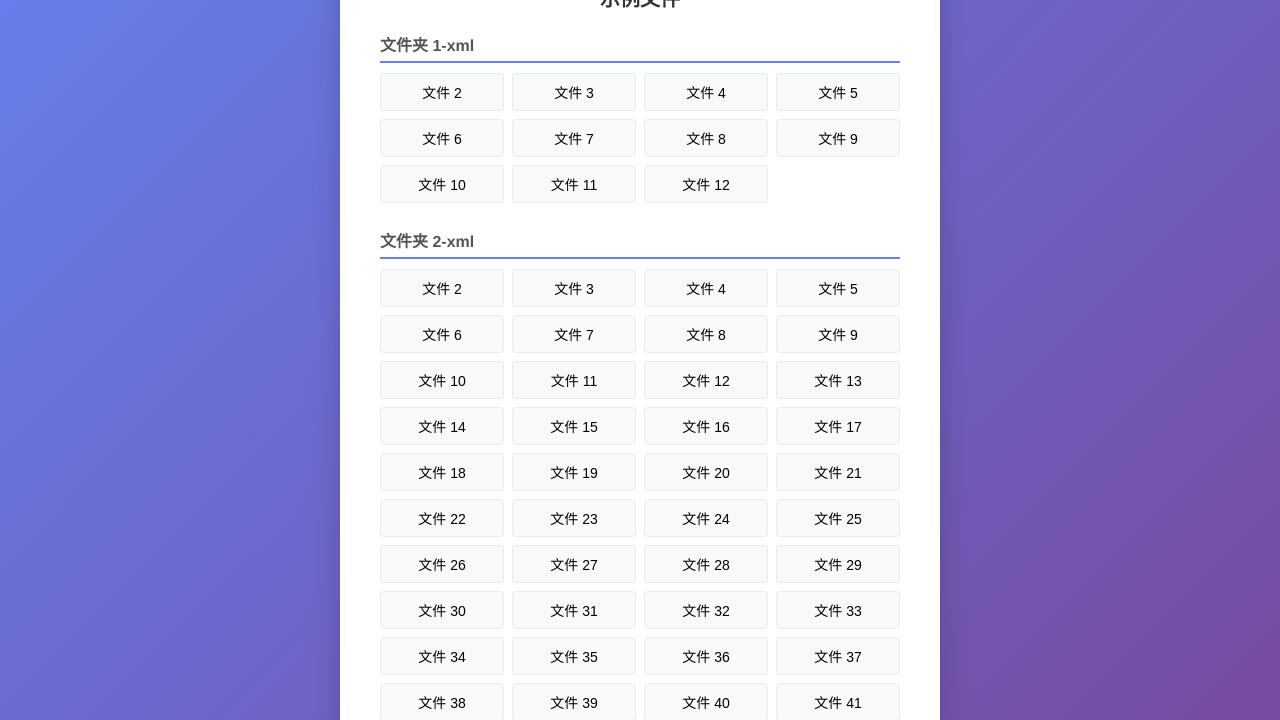
Repository: AmazingXia/XML-PageReader
Page: /
The author's editor kept a copy of each file at every save. The page is drawn from the files as they stood at one save, then again after the next save.
The browser window is 1280 px wide. The pictures show the whole page.
The project was rebuilt for these pictures with package versions that can differ from the ones it lists, and the page was loaded fresh each time. Also part of the build but not shown: vue.config.js, src/utils/pageLayout.js, src/components/PageViewer.vue, src/utils/xmlParser.js.

Above is the page before, as saved 2025-06-25 19:42:29.

### public/index.html
<!DOCTYPE html>
<html lang="zh-CN">
  <head>
    <meta charset="utf-8">
    <meta http-equiv="X-UA-Compatible" content="IE=edge">
    <meta name="viewport" content="width=device-width,initial-scale=1.0">
    <link rel="icon" href="<%= BASE_URL %>favicon.ico">
    <title>XML 多页阅读器</title>
  </head>
  <body>
    <noscript>
      <strong>We're sorry but this app doesn't work properly without JavaScript enabled. Please enable it to continue.</strong>
    </noscript>
    <div id="app"></div>
    <!-- built files will be auto injected -->
  </body>
</html>

### src/App.vue
<template>
  <div id="app">
    <router-view/>
  </div>
</template>

<script>
export default {
  name: 'App'
}
</script>

<style>
* {
  margin: 0;
  padding: 0;
  box-sizing: border-box;
}

body {
  font-family: 'Microsoft YaHei', 'PingFang SC', 'Helvetica Neue', Arial, sans-serif;
  background-color: #f5f5f5;
}

#app {
  height: 100vh;
  overflow: hidden;
}

/* 滚动条样式 */
::-webkit-scrollbar {
  width: 8px;
  height: 8px;
}

::-webkit-scrollbar-track {
  background: #f1f1f1;
  border-radius: 4px;
}

::-webkit-scrollbar-thumb {
  background: #c1c1c1;
  border-radius: 4px;
}

::-webkit-scrollbar-thumb:hover {
  background: #a8a8a8;
}
</style>

### src/router/index.js
import Vue from 'vue'
import VueRouter from 'vue-router'
import XmlReader from '../views/Reader.vue'

Vue.use(VueRouter)

const routes = [
  {
    path: '/',
    name: 'XmlReader',
    component: XmlReader
  }
]

const router = new VueRouter({
  mode: 'history',
  base: process.env.BASE_URL,
  routes
})

export default router

### src/views/Reader.vue
<template>
  <div class="reader">
    <!-- 文件上传区域 -->
    <div v-if="!currentContent" class="upload-area">
      <div class="upload-container">
        <h2>XML 多页阅读器</h2>
        <p>请选择 XML 文件或从示例文件中选择</p>

        <div class="upload-buttons">
          <input
            ref="fileInput"
            type="file"
            accept=".xml"
            @change="handleFileUpload"
            style="display: none"
          />
          <button @click="$refs.fileInput.click()" class="upload-btn">
            选择 XML 文件
          </button>
        </div>

        <!-- 示例文件列表 -->
        <div class="sample-files">
          <h3>示例文件</h3>
          <div class="file-list">
            <div class="file-group">
              <h4>文件夹 1-xml</h4>
              <div class="file-items">
                <button
                  v-for="file in sampleFiles1"
                  :key="file.path"
                  @click="loadSampleFile(file)"
                  class="file-item"
                >
                  {{ file.name }}
                </button>
              </div>
            </div>

            <div class="file-group">
              <h4>文件夹 2-xml</h4>
              <div class="file-items">
                <button
                  v-for="file in sampleFiles2"
                  :key="file.path"
                  @click="loadSampleFile(file)"
                  class="file-item"
                >
                  {{ file.name }}
                </button>
              </div>
            </div>
          </div>
        </div>
      </div>
    </div>

    <!-- 阅读器界面 -->
    <div v-else class="reader-interface">
      <!-- 顶部信息栏 -->
      <div class="info-bar">
        <div class="file-info">
          <span class="file-name">{{ currentFileName }}</span>
          <button @click="resetReader" class="reset-btn">返回文件选择</button>
        </div>
      </div>

      <!-- 页面查看器 -->
      <PageViewer :content="currentContent" />
    </div>
  </div>
</template>

<script>
import PageViewer from '@/components/PageViewer.vue'
import { XMLParser } from '@/utils/xmlParser'

export default {
  name: 'XmlReader',
  components: {
    PageViewer
  },
  data() {
    return {
      currentContent: '',
      currentFileName: '',
      sampleFiles1: [],
      sampleFiles2: []
    }
  },
  async mounted() {
    await this.loadSampleFiles()
  },
  methods: {
    /**
     * 加载示例文件列表
     */
    async loadSampleFiles() {
      try {
        // 这里应该从服务器获取文件列表
        // 由于是静态文件，我们手动构建文件列表
        this.sampleFiles1 = this.generateFileList('1-xml', 12)
        this.sampleFiles2 = this.generateFileList('2-xml', 55)
      } catch (error) {
        console.error('加载示例文件失败:', error)
      }
    },

    /**
     * 生成文件列表
     */
    generateFileList(folder, maxFiles) {
      const files = []
      for (let i = 2; i <= maxFiles; i++) {
        files.push({
          name: `文件 ${i}`,
          path: `${folder}/${i}/result.xml`
        })
      }
      return files
    },

    /**
     * 处理文件上传
     */
    async handleFileUpload(event) {
      const file = event.target.files[0]
      if (!file) return

      try {
        const parsedData = await XMLParser.parseFile(file)
        const htmlContent = XMLParser.toHTML(parsedData)

        this.currentContent = htmlContent
        this.currentFileName = file.name

        // 清空文件输入
        this.$refs.fileInput.value = ''
      } catch (error) {
        console.error('文件解析失败:', error)
        alert('文件解析失败，请检查文件格式')
      }
    },

    /**
     * 加载示例文件
     */
    async loadSampleFile(file) {
      try {
        const response = await fetch(file.path)
        if (!response.ok) {
          throw new Error(`HTTP error! status: ${response.status}`)
        }

        const xmlContent = await response.text()
        const parsedData = XMLParser.parse(xmlContent)
        const htmlContent = XMLParser.toHTML(parsedData)

        this.currentContent = htmlContent
        this.currentFileName = file.name
      } catch (error) {
        console.error('加载示例文件失败:', error)
        alert('加载示例文件失败，请检查文件路径')
      }
    },

    /**
     * 重置阅读器
     */
    resetReader() {
      this.currentContent = ''
      this.currentFileName = ''
    }
  }
}
</script>

<style scoped>
.reader {
  height: 100vh;
  overflow: hidden;
}

.upload-area {
  height: 100vh;
  display: flex;
  justify-content: center;
  align-items: center;
  background: linear-gradient(135deg, #667eea 0%, #764ba2 100%);
}

.upload-container {
  background: white;
  padding: 40px;
  border-radius: 12px;
  box-shadow: 0 10px 30px rgba(0, 0, 0, 0.2);
  text-align: center;
  max-width: 600px;
  width: 90%;
}

.upload-container h2 {
  color: #333;
  margin-bottom: 10px;
  font-size: 28px;
}

.upload-container p {
  color: #666;
  margin-bottom: 30px;
  font-size: 16px;
}

.upload-buttons {
  margin-bottom: 40px;
}

.upload-btn {
  background: #667eea;
  color: white;
  border: none;
  padding: 12px 24px;
  border-radius: 6px;
  font-size: 16px;
  cursor: pointer;
  transition: all 0.3s;
}

.upload-btn:hover {
  background: #5a6fd8;
  transform: translateY(-2px);
}

.sample-files {
  text-align: left;
}

.sample-files h3 {
  color: #333;
  margin-bottom: 20px;
  text-align: center;
  font-size: 20px;
}

.file-group {
  margin-bottom: 25px;
}

.file-group h4 {
  color: #555;
  margin-bottom: 10px;
  font-size: 16px;
  border-bottom: 2px solid #667eea;
  padding-bottom: 5px;
}

.file-items {
  display: grid;
  grid-template-columns: repeat(auto-fill, minmax(120px, 1fr));
  gap: 8px;
}

.file-item {
  background: #f8f9fa;
  border: 1px solid #e9ecef;
  padding: 8px 12px;
  border-radius: 4px;
  cursor: pointer;
  transition: all 0.2s;
  font-size: 14px;
  text-align: center;
}

.file-item:hover {
  background: #667eea;
  color: white;
  border-color: #667eea;
}

.reader-interface {
  height: 100vh;
  display: flex;
  flex-direction: column;
}

.info-bar {
  background: #fff;
  border-bottom: 1px solid #e0e0e0;
  padding: 10px 20px;
  box-shadow: 0 2px 4px rgba(0, 0, 0, 0.1);
}

.file-info {
  display: flex;
  justify-content: space-between;
  align-items: center;
}

.file-name {
  font-weight: bold;
  color: #333;
  font-size: 16px;
}

.reset-btn {
  background: #dc3545;
  color: white;
  border: none;
  padding: 6px 12px;
  border-radius: 4px;
  cursor: pointer;
  font-size: 14px;
  transition: all 0.2s;
}

.reset-btn:hover {
  background: #c82333;
}

/* 响应式设计 */
@media (max-width: 768px) {
  .upload-container {
    padding: 20px;
    margin: 20px;
  }

  .upload-container h2 {
    font-size: 24px;
  }

  .file-items {
    grid-template-columns: repeat(auto-fill, minmax(100px, 1fr));
  }

  .file-item {
    font-size: 12px;
    padding: 6px 8px;
  }
}
</style>

Loaded but not shown: src/main.js (common file)

After the next save:
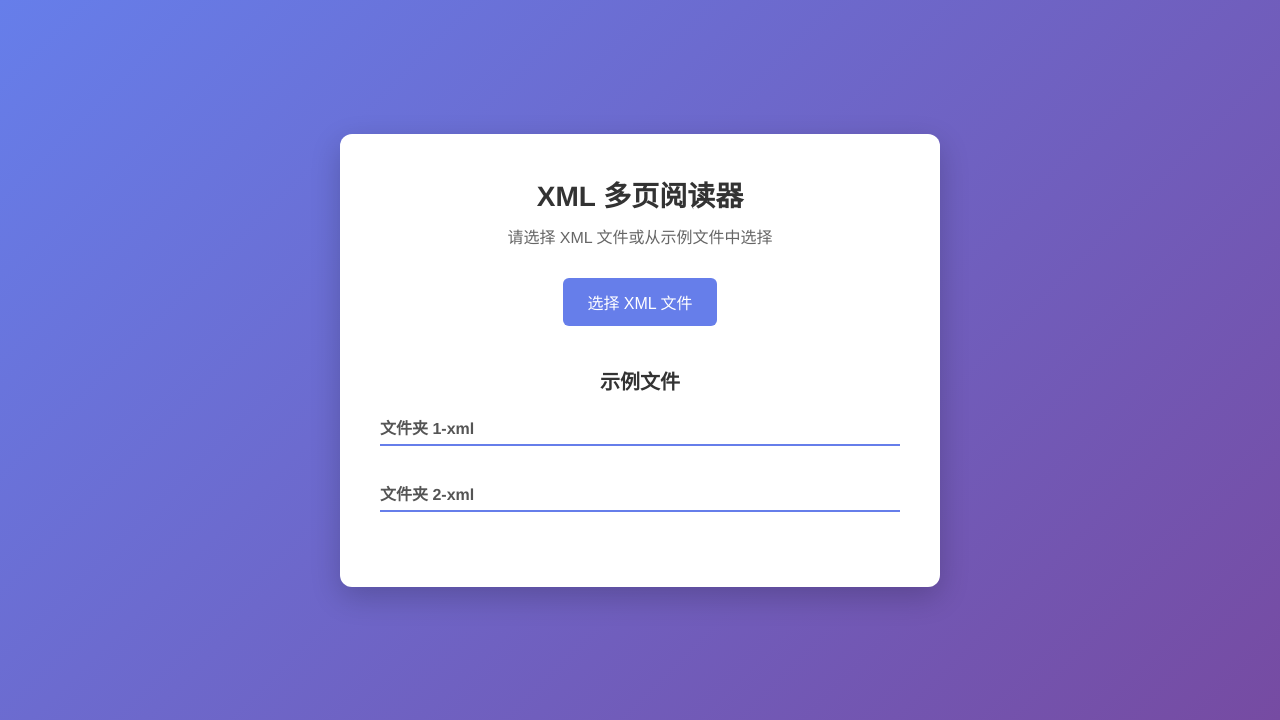
Saved 28 min 55 s later.
--- a/src/views/Reader.vue
+++ b/src/views/Reader.vue
@@ -117,7 +117,8 @@
           path: `${folder}/${i}/result.xml`
         })
       }
-      return files
+
+      console.log(`files`, files);
     },
 
     /**

After the save that followed:
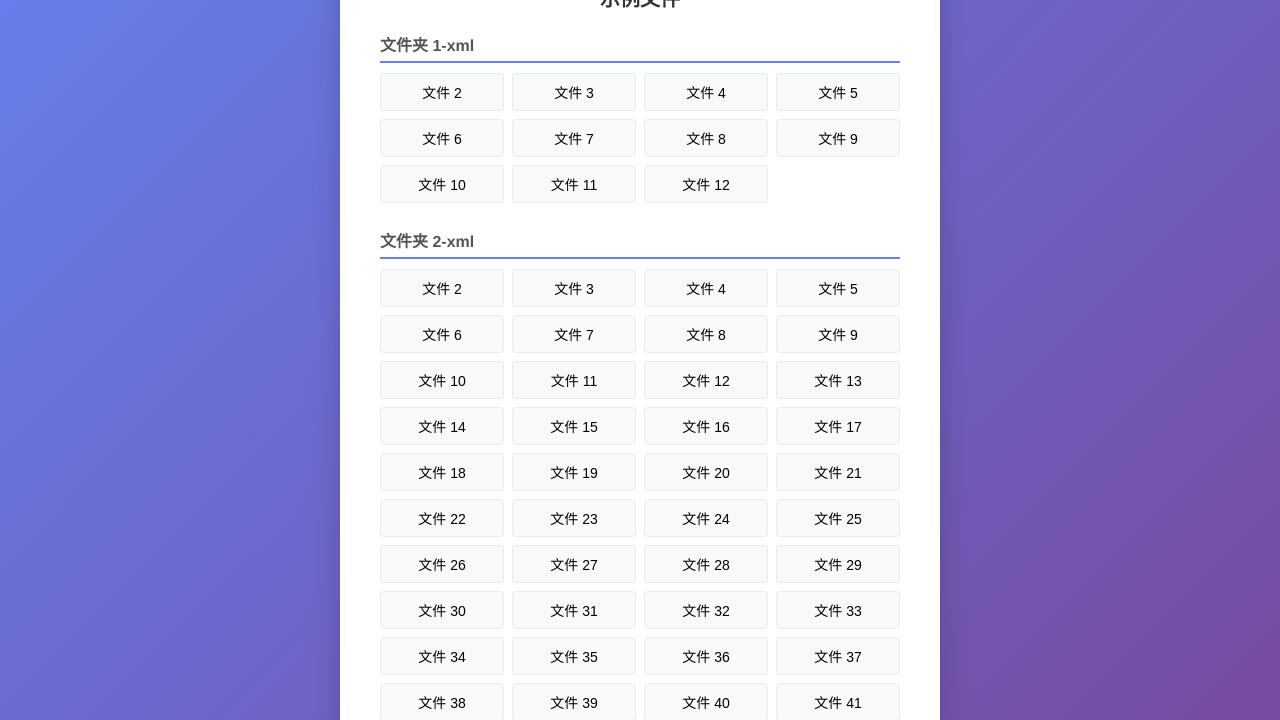
Saved 4 min 8 s later.
--- a/src/views/Reader.vue
+++ b/src/views/Reader.vue
@@ -119,6 +119,8 @@
       }
 
       console.log(`files`, files);
+
+      return files;
     },
 
     /**
